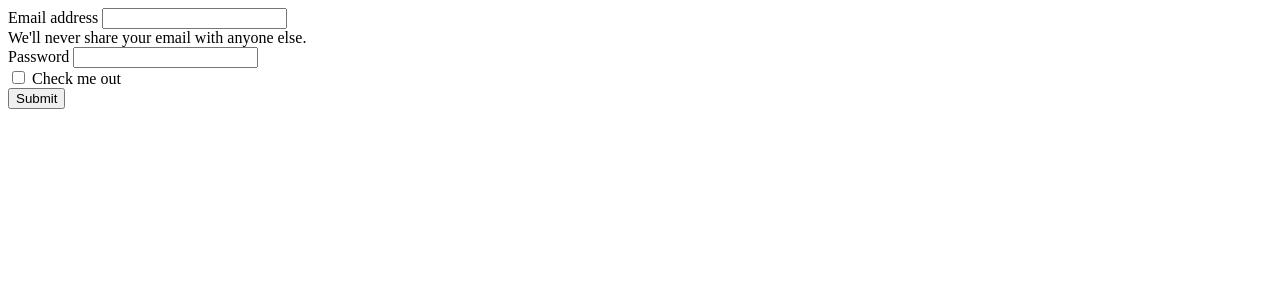
Repository: MikeMoore55/TheLibrary
Page: http://localhost/src/public/pages/sign-in.page.php
An editor plug-in stored every save of this project. The page is shown before and after the next save, followed by the edit.
The browser window is 1280 px wide. The pictures show the whole page.
The page is run by PHP 8.4 with error messages shown; the project is at /var/www/html/.

Above is the page before, as saved 2022-07-06 14:53:42.

### src/public/pages/sign-in.page.php
<!-- this is the page for when user whats to sign in to his/her library account -->

<main>
    <form class="sign-in-form" action="home" method="POST">
        <div class="mb-3">
            <label for="exampleInputEmail1" class="form-label">Email address</label>
            <input type="email" class="form-control" id="exampleInputEmail1" aria-describedby="emailHelp">
            <div id="emailHelp" class="form-text">We'll never share your email with anyone else.</div>
        </div>
        <div class="mb-3">
            <label for="exampleInputPassword1" class="form-label">Password</label>
            <input type="password" class="form-control" id="exampleInputPassword1">
        </div>
        <div class="mb-3 form-check">
            <input type="checkbox" class="form-check-input" id="exampleCheck1">
            <label class="form-check-label" for="exampleCheck1">Check me out</label>
        </div>
      <button type="submit" class="btn btn-primary">Submit</button>
    </form>
</main>

After the next save:
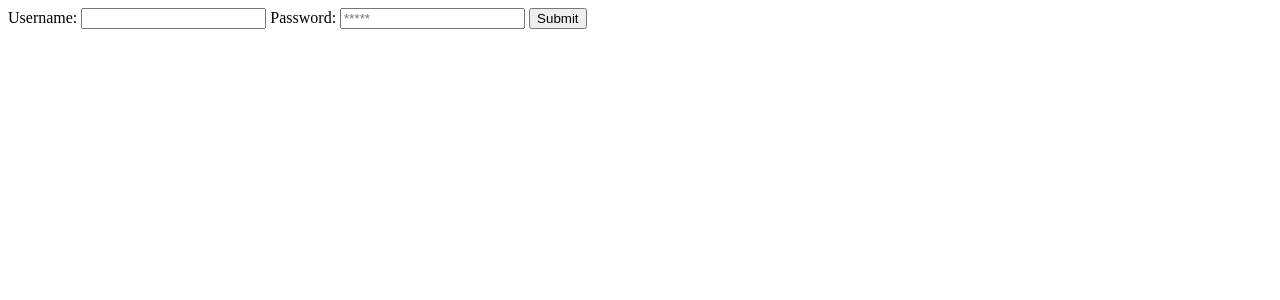
Saved 29 s later.
--- a/src/public/pages/sign-in.page.php
+++ b/src/public/pages/sign-in.page.php
@@ -2,19 +2,14 @@
 
 <main>
     <form class="sign-in-form" action="home" method="POST">
-        <div class="mb-3">
-            <label for="exampleInputEmail1" class="form-label">Email address</label>
-            <input type="email" class="form-control" id="exampleInputEmail1" aria-describedby="emailHelp">
-            <div id="emailHelp" class="form-text">We'll never share your email with anyone else.</div>
-        </div>
-        <div class="mb-3">
-            <label for="exampleInputPassword1" class="form-label">Password</label>
-            <input type="password" class="form-control" id="exampleInputPassword1">
-        </div>
-        <div class="mb-3 form-check">
-            <input type="checkbox" class="form-check-input" id="exampleCheck1">
-            <label class="form-check-label" for="exampleCheck1">Check me out</label>
-        </div>
-      <button type="submit" class="btn btn-primary">Submit</button>
+        <label for="exampleFormControlInput1" class="form-label">
+            Username:
+        </label>
+        <input type="text" class="form-control" id="exampleFormControlInput1" name="username">
+        <label for="exampleFormControlInput2" class="form-label">
+            Password:
+        </label>
+        <input type="password" class="form-control" id="exampleFormControlInput2" placeholder="*****" name="password">
+        <button type="submit" class="btn btn-primary">Submit</button>
     </form>
 </main>
